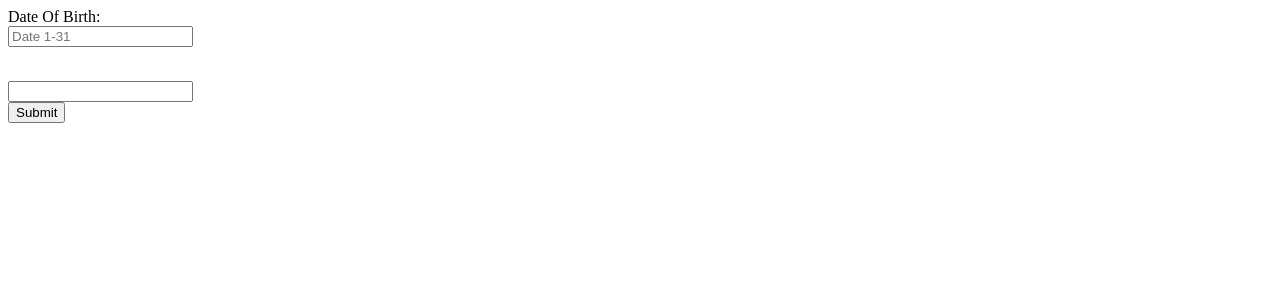
Repository: Badkul77/Nagarro_Web_App_Assignment
Page: http://localhost/our-web-app/
The author's editor kept a copy of each file at every save. The page is drawn from the files as they stood at one save, then again after the next save.
The browser window is 1280 px wide. The pictures show the whole page.
The page is served by Tomcat 9.

Above is the page before, as saved 2021-03-08 10:51:23.

After the next save:
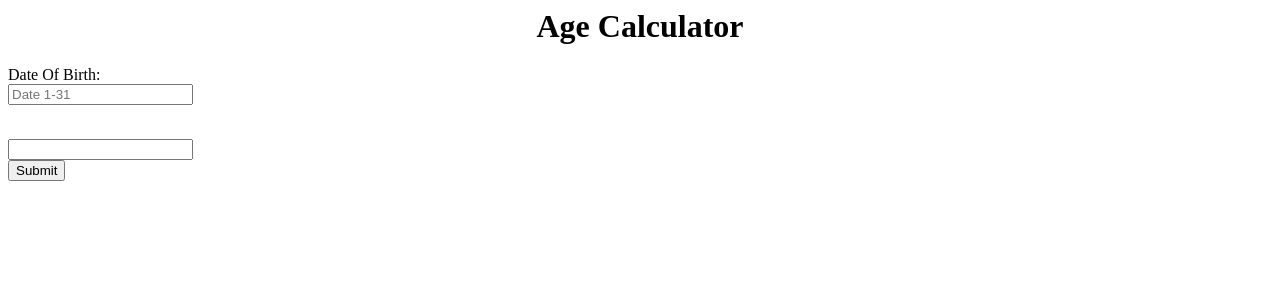
Saved 2 min 55 s later.
--- a/our-web-app/src/main/webapp/index.jsp
+++ b/our-web-app/src/main/webapp/index.jsp
@@ -1,6 +1,7 @@
 <html>
 <body>
 <form action="add">
+ <h1 style="text-align:center">Age Calculator</h1>
 <p>Date Of Birth:<br><input type= "number"  placeholder="Date 1-31" name="t1"></p><br>
 <input type= "number" name="t2"><br>
 <button type="submit">Submit</button>
